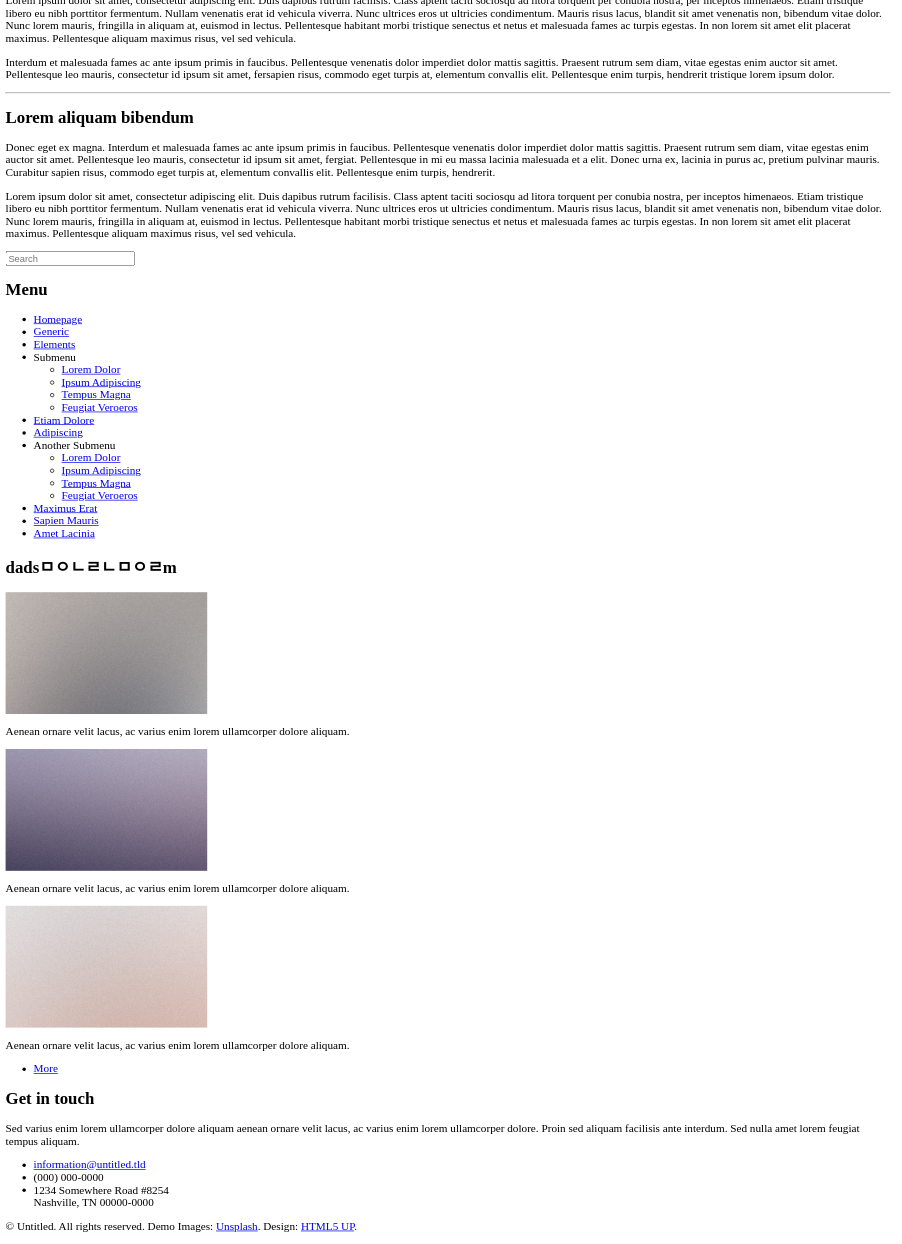
Repository: noCountJun/blog
Page: http://localhost/blogProject2/WEB-INF/views/board/bootTest.jsp
The author's editor kept a copy of each file at every save. The page is drawn from the files as they stood at one save, then again after the next save.
The browser window is 1280 px wide. The page is 1288 px wide, so the pictures cover 1288 px, including what lies to the right of the window. The pictures show the part of the page from y = 1180 to 3060 px (the page is 2957 px tall before and 3060 px after), at 70% of full size.
The page is served by Tomcat 9. Nobody is signed in. The template is opened directly, without the code that normally fills it, so the values that code supplies are empty.

Above is the page before, as saved 2019-08-20 07:26:44.

After the next save:
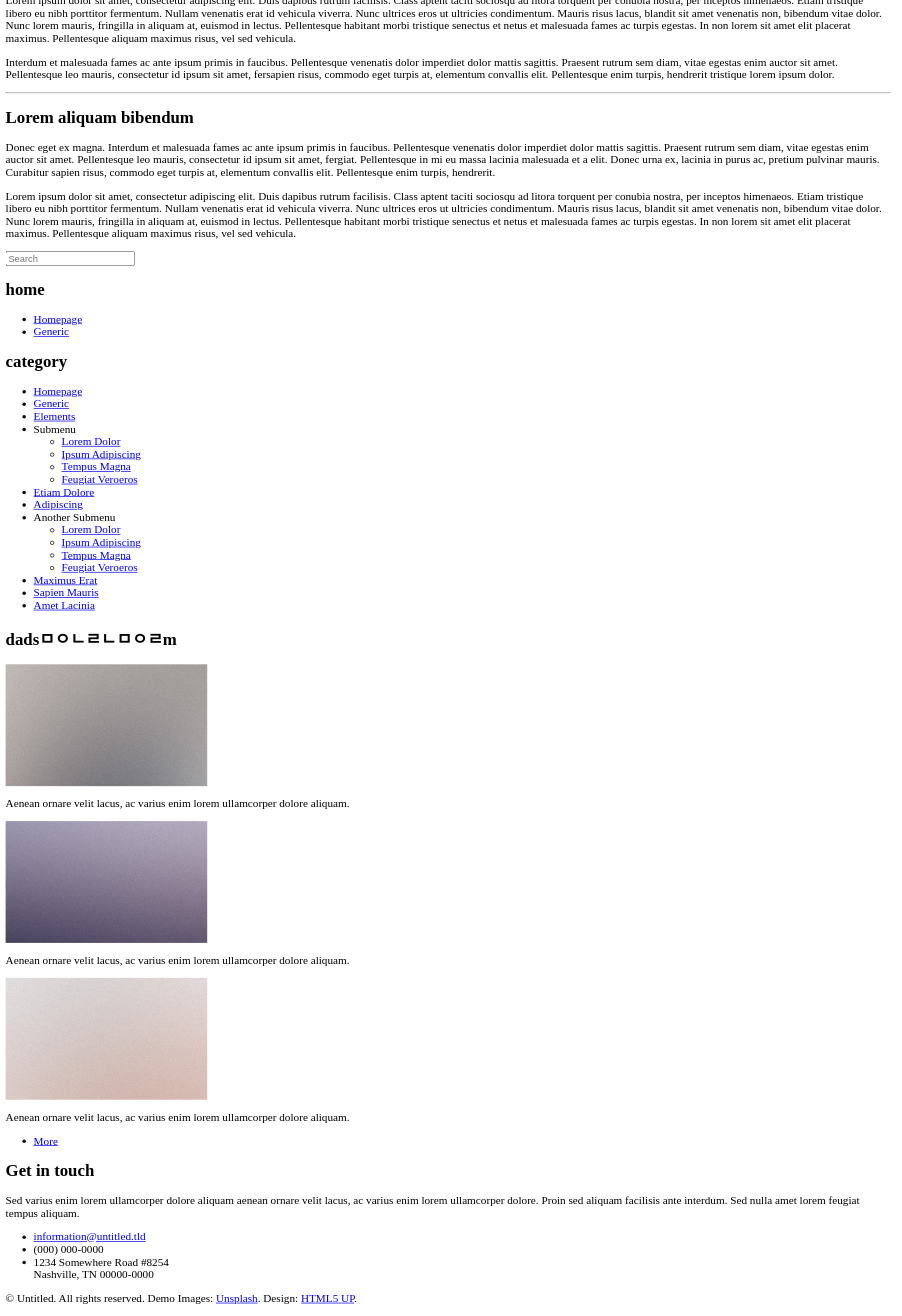
Saved 64 s later.
--- a/blogProject2/src/main/webapp/WEB-INF/views/category/category.jsp
+++ b/blogProject2/src/main/webapp/WEB-INF/views/category/category.jsp
@@ -15,7 +15,15 @@
 		<!-- Menu -->
 		<nav id="menu">
 			<header class="major">
-				<h2>Menu</h2>
+				<h2>home</h2>
+			</header>
+			<ul>
+				<li><a href="index.html">Homepage</a></li>
+				<li><a href="generic.html">Generic</a></li>
+			</ul>
+
+			<header class="major">
+				<h2>category</h2>
 			</header>
 			<ul>
 				<li><a href="index.html">Homepage</a></li>
